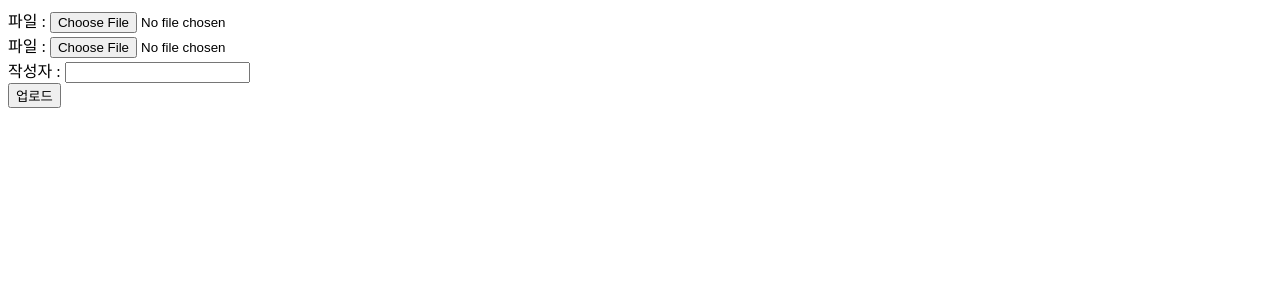
Repository: KangJinSol/jsp
Page: http://localhost/FileTest/file_form.jsp
The author's editor kept a copy of each file at every save. The page is drawn from the files as they stood at one save, then again after the next save.
The browser window is 1280 px wide. The pictures show the whole page.
The page is served by Tomcat 9.

Above is the page before, as saved 2021-01-19 02:46:07.

After the next save:
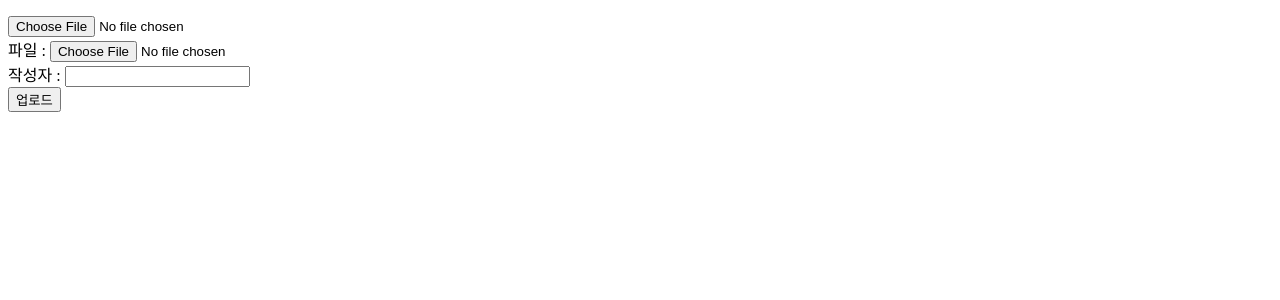
Saved 63 min 35 s later.
--- a/jsp/FileTest/WebContent/file_form.jsp
+++ b/jsp/FileTest/WebContent/file_form.jsp
@@ -8,7 +8,7 @@
 </head>
 <body>
 	<form action="upload.do" enctype="multipart/form-data" method="post">
-		파일 : <input type="file" name="file1"><br>
+		<p><input type="file" name="file1"><br>
 		파일 : <input type="file" name="file2"><br>
 		작성자 : <input type="text" name="param"><br>
 		<button>업로드</button>
